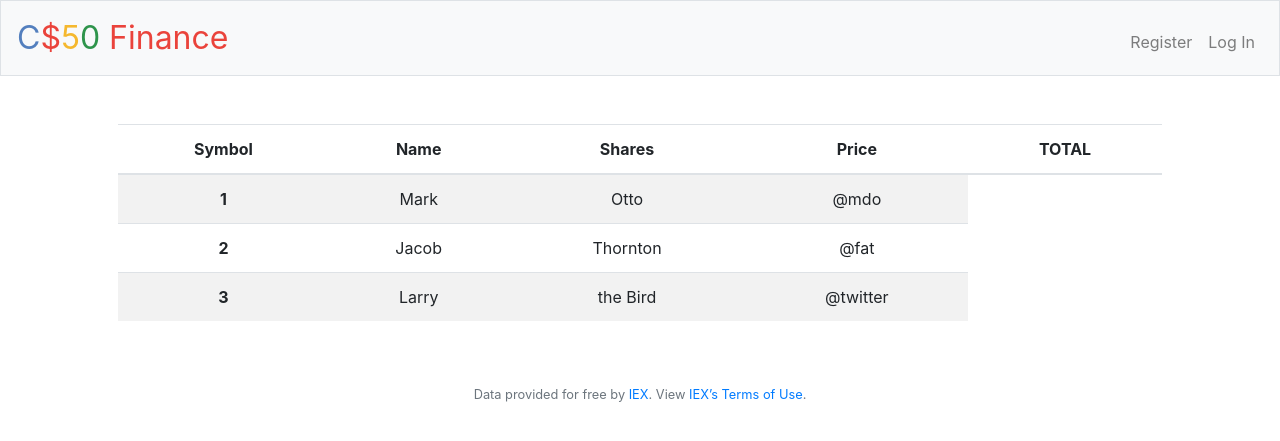
Repository: tavrora/cs50_ide
Page: pset8/finance/templates/apology.html
The author's editor kept a record of every edit. The page is drawn from the files as they stood at one moment, then again after the next edit.
The browser window is 1280 px wide. The pictures show the whole page.
The template is drawn by Flask 3. The application's start-up code is not run. Other server files are loaded and not shown. The template is opened directly, without the code that normally fills it, so the values that code supplies are empty.

Above is the page before.

### pset8/finance/templates/apology.html
{% extends "layout.html" %}

{% block title %}
    Apology
{% endblock %}

{% block main %}
    <!--<img alt="{{ top }}" class="border" src="http://memegen.link/custom/{{ top | urlencode }}/{{ bottom | urlencode }}.jpg?alt=https://i.imgur.com/CsCgN7Ll.png" title="{{ top }}">-->

    <table class="table table-striped">
        <thead>
            <tr>
                <th scope="col">Symbol</th>
                <th scope="col">Name</th>
                <th scope="col">Shares</th>
                <th scope="col">Price</th>
                <th scope="col">TOTAL</th>
            </tr>
        </thead>
        <tbody>
            <tr>
                <th scope="row">1</th>
                <td>Mark</td>
                <td>Otto</td>
                <td>@mdo</td>
            </tr>
            <tr>
                <th scope="row">2</th>
                <td>Jacob</td>
                <td>Thornton</td>
                <td>@fat</td>
            </tr>
            <tr>
                <th scope="row">3</th>
                <td>Larry</td>
                <td>the Bird</td>
                <td>@twitter</td>
            </tr>
        </tbody>
    </table>

{% endblock %}

### pset8/finance/templates/layout.html
<!DOCTYPE html>

<html lang="en">

    <head>

        <!-- Required meta tags -->
        <meta charset="utf-8">
        <meta name="viewport" content="width=device-width, initial-scale=1, shrink-to-fit=no">

        <!-- documentation at http://getbootstrap.com/docs/4.1/, alternative themes at https://bootswatch.com/ -->
        <link href="https://maxcdn.bootstrapcdn.com/bootstrap/4.1.3/css/bootstrap.min.css" rel="stylesheet">

        <!-- https://favicon.io/emoji-favicons/money-mouth-face/ -->
        <link href="/static/favicon.ico" rel="icon">

        <link href="/static/styles.css" rel="stylesheet">

        <script src="https://code.jquery.com/jquery-3.3.1.min.js"></script>
        <script src="https://cdnjs.cloudflare.com/ajax/libs/popper.js/1.14.3/umd/popper.min.js"></script>
        <script src="https://maxcdn.bootstrapcdn.com/bootstrap/4.1.3/js/bootstrap.min.js"></script>

        <title>C$50 Finance: {% block title %}{% endblock %}</title>

    </head>

    <body>

        <nav class="navbar navbar-expand-md navbar-light bg-light border">
            <a class="navbar-brand" href="/"><span class="blue">C</span><span class="red">$</span><span class="yellow">5</span><span class="green">0</span> <span class="red">Finance</span></a>
            <button aria-controls="navbar" aria-expanded="false" aria-label="Toggle navigation" class="navbar-toggler" data-target="#navbar" data-toggle="collapse" type="button">
                <span class="navbar-toggler-icon"></span>
            </button>
            <div class="collapse navbar-collapse" id="navbar">
                {% if session.user_id %}
                    <ul class="navbar-nav mr-auto mt-2">
                        <li class="nav-item"><a class="nav-link" href="/quote">Quote</a></li>
                        <li class="nav-item"><a class="nav-link" href="/buy">Buy</a></li>
                        <li class="nav-item"><a class="nav-link" href="/sell">Sell</a></li>
                        <li class="nav-item"><a class="nav-link" href="/history">History</a></li>
                    </ul>
                    <ul class="navbar-nav ml-auto mt-2">
                        <li class="nav-item"><a class="nav-link" href="/cash">Add cash</a></li>
                        <li class="nav-item"><a class="nav-link" href="/logout">Log Out</a></li>
                    </ul>
                {% else %}
                    <ul class="navbar-nav ml-auto mt-2">
                        <li class="nav-item"><a class="nav-link" href="/register">Register</a></li>
                        <li class="nav-item"><a class="nav-link" href="/login">Log In</a></li>
                    </ul>
                {% endif %}
            </div>
        </nav>

        {% if get_flashed_messages() %}
            <header>
                <div class="alert alert-primary border text-center" role="alert">
                    {{ get_flashed_messages() | join(" ") }}
                </div>
            </header>
        {% endif %}

        <main class="container p-5">
            {% block main %}{% endblock %}
        </main>

        <footer class="small text-center text-muted">
            Data provided for free by <a href="https://iextrading.com/developer">IEX</a>. View <a href="https://iextrading.com/api-exhibit-a/">IEX’s Terms of Use</a>.
        </footer>

    </body>

</html>

Loaded but not shown: pset8/finance/static/styles.css (common file)

After the next edit:
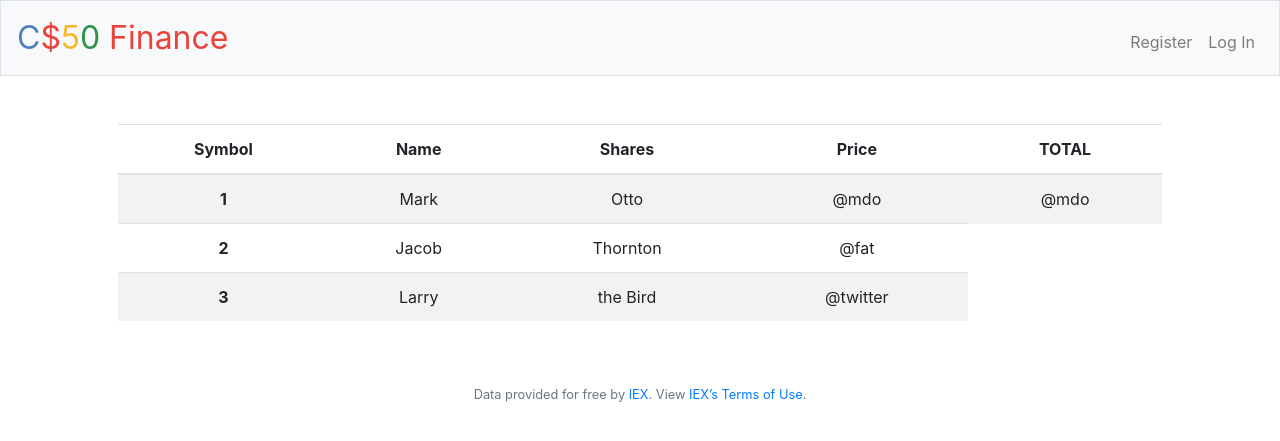
The edit:
--- a/pset8/finance/templates/apology.html
+++ b/pset8/finance/templates/apology.html
@@ -23,6 +23,7 @@
                 <td>Mark</td>
                 <td>Otto</td>
                 <td>@mdo</td>
+                <td>@mdo</td>
             </tr>
             <tr>
                 <th scope="row">2</th>
